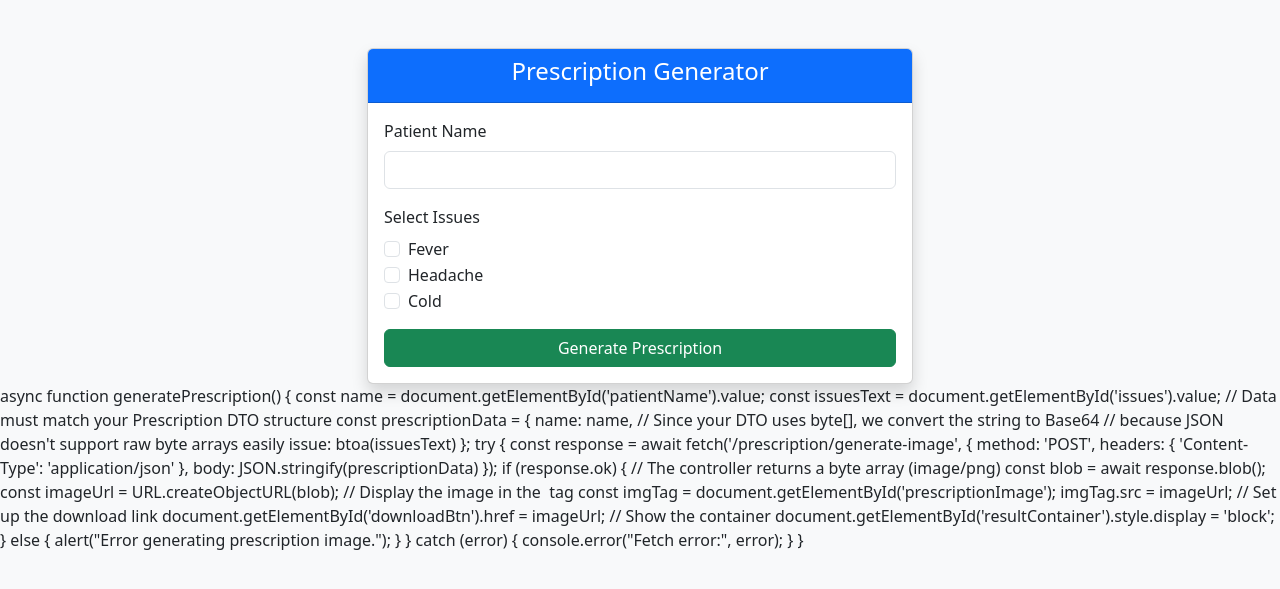
Repository: Rajasekaran0415/LifeCare-Management-System
Page: Project/prescription.html
These files come from the project's save history. The page is drawn as it stood at one moment and after a run of saves; the edit follows.
The browser window is 1280 px wide. The pictures show the whole page.

Above is the page before, as saved 2026-01-20 20:30:30.

After the next 3 saves:
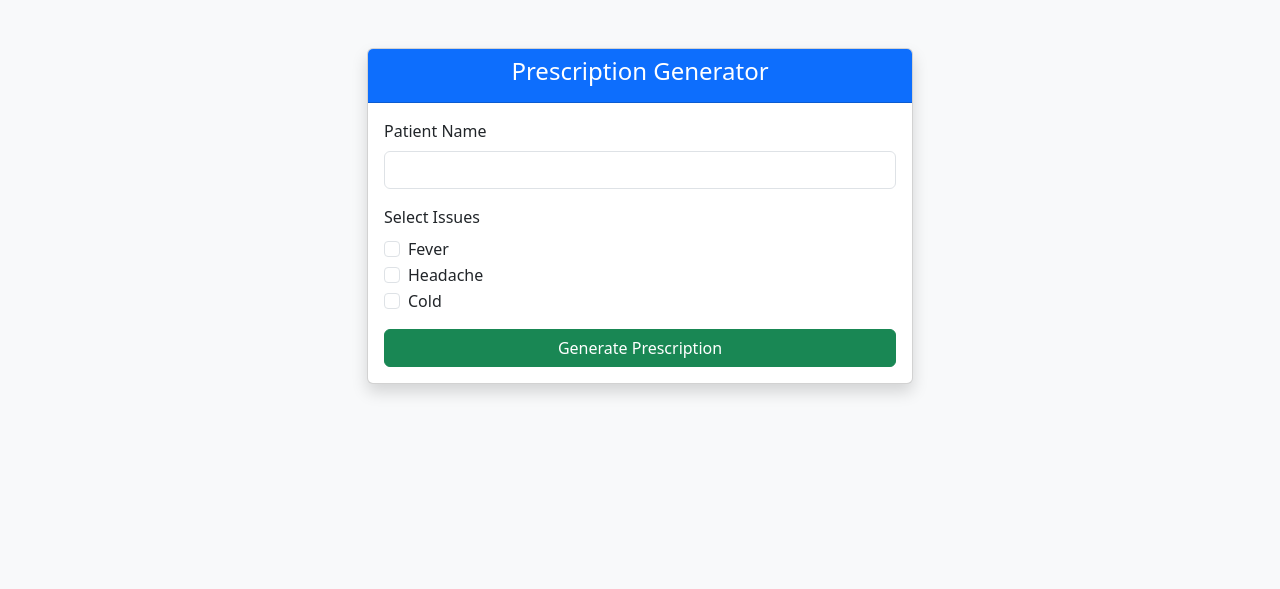
The 3 saves are shown as one change because they came seconds apart.
The last was saved 9 s later.
--- a/Project/prescription.html
+++ b/Project/prescription.html
@@ -59,7 +59,7 @@
         </div>
     </div>
 </div>
-
+<script>
 async function generatePrescription() {
     const name = document.getElementById('patientName').value;
     const issuesText = document.getElementById('issues').value;
